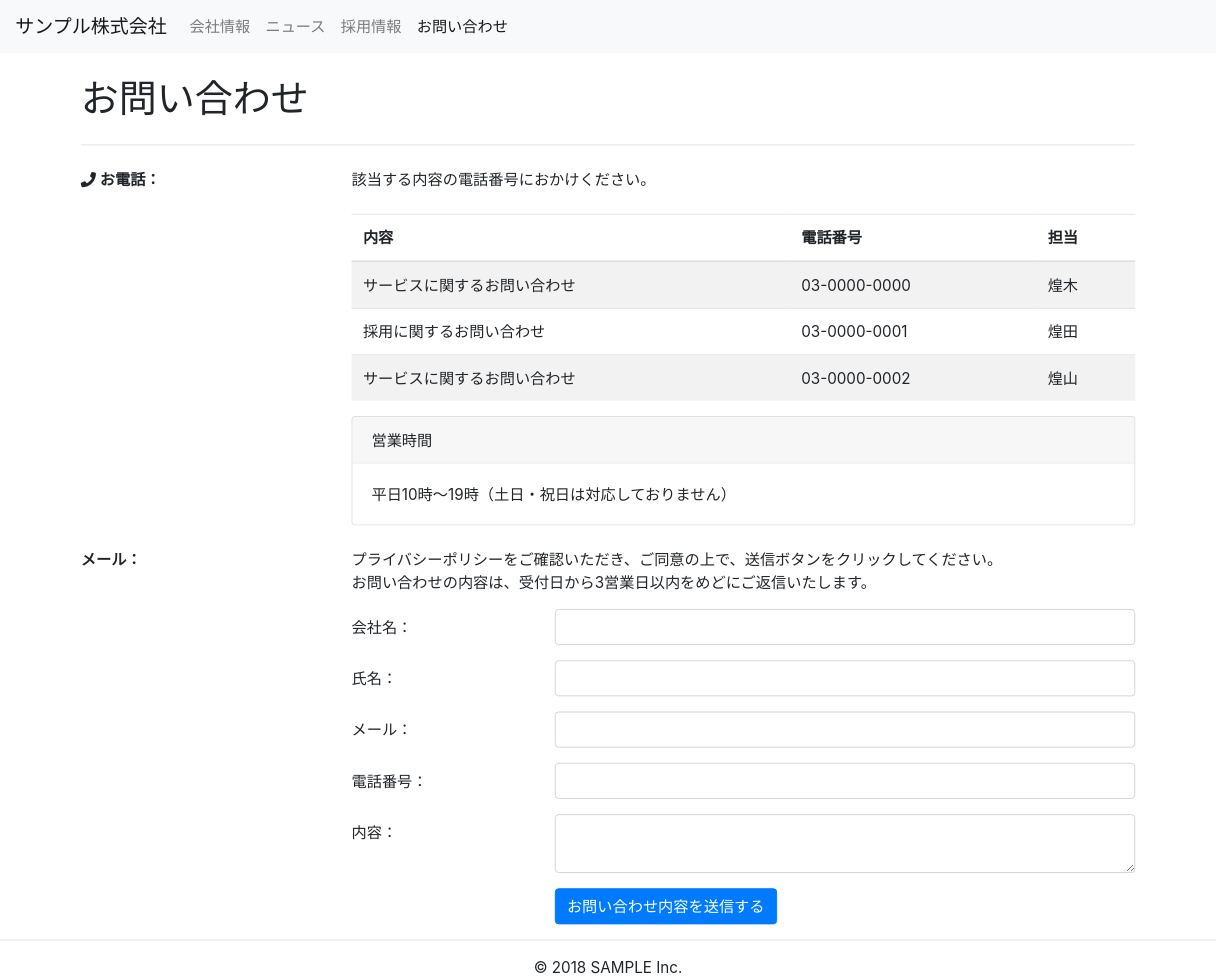
Repository: yoony212/frontend
Page: contact.html
The author's editor kept a record of every edit. The page is drawn from the files as they stood at one moment, then again after the next edit.
The browser window is 1280 px wide. The pictures show the whole page, at 95% of full size.

Above is the page before.

After the next edit:
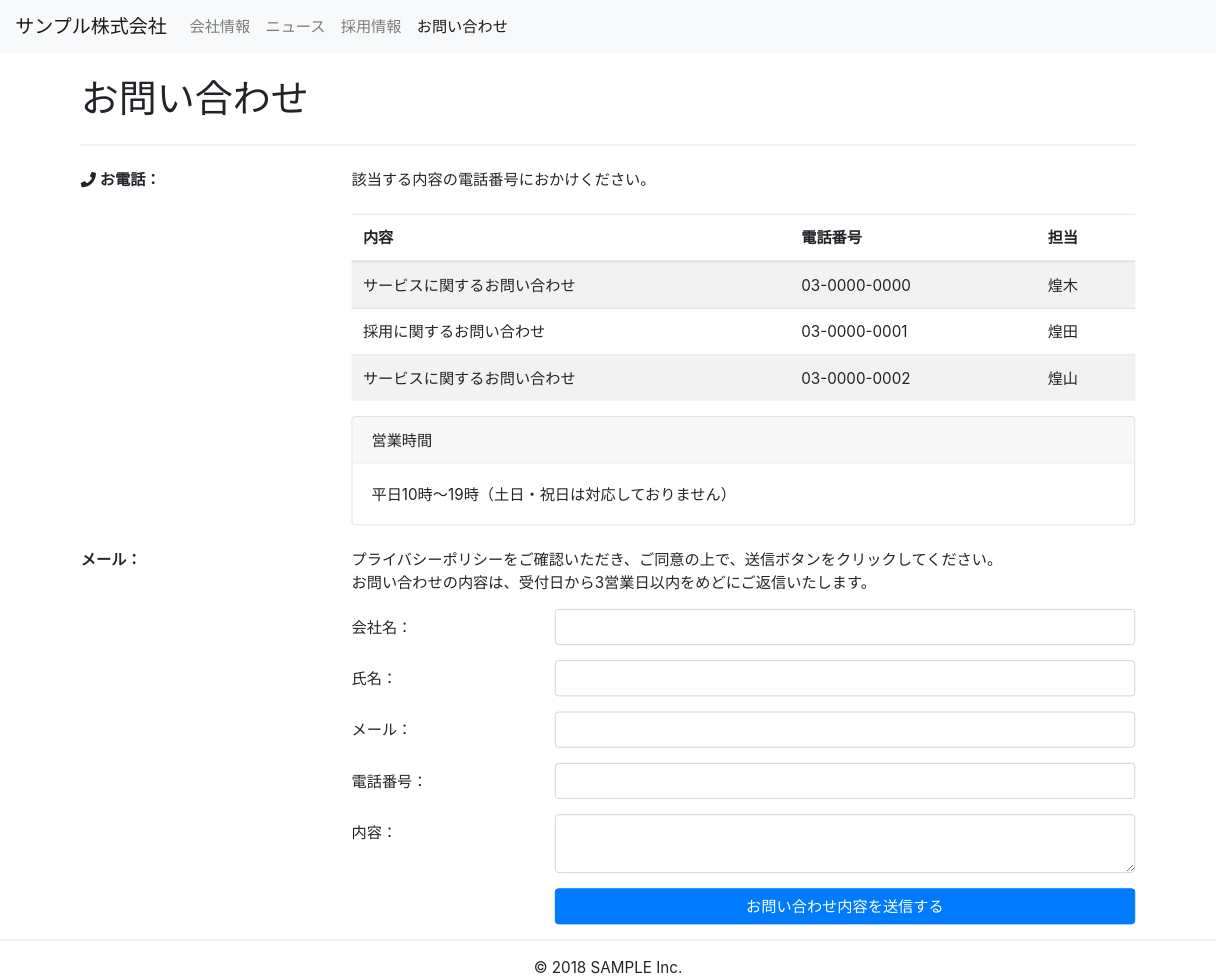
The edit:
--- a/contact.html
+++ b/contact.html
@@ -169,7 +169,7 @@
                         <div class="col-sm-9">
                             <!-- 送信ボタンを緑色にする設定を追加 -->
                             <!-- さらに、送信ボタンは、指定のカラム幅に対して100％の幅となる設定を追加 -->
-                            <button type="submit" class="btn btn-primary">お問い合わせ内容を送信する</button>
+                            <button type="submit" class="btn btn-primary w-100">お問い合わせ内容を送信する</button>
                         </div>
                     </div>
                 </form>
